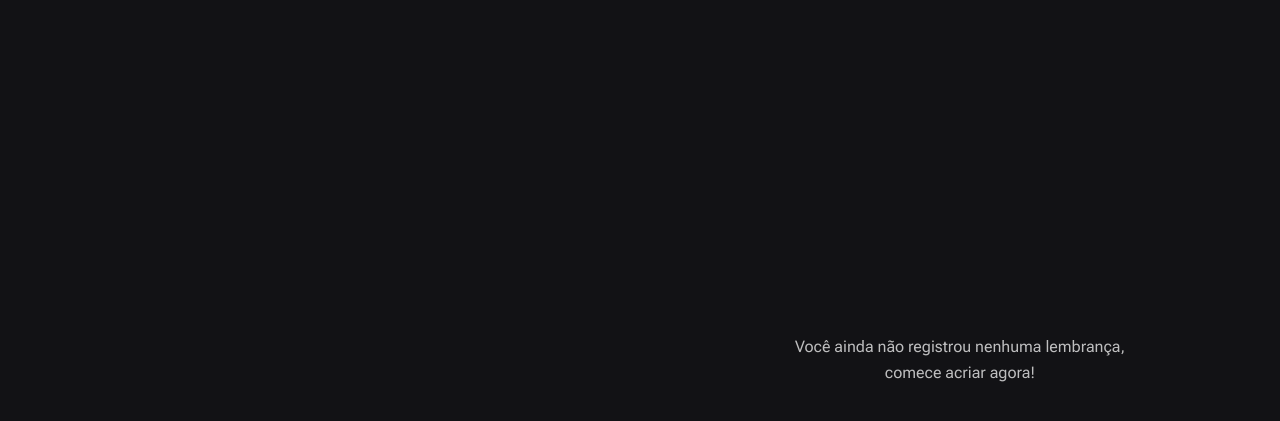
Repository: Herlander929/SpaceTime-nlw
Page: / (app in front-end/)
An editor plug-in stored every save of this project. The page is shown before and after the next save, followed by the edit.
The browser window is 1280 px wide. The pictures show the whole page.
Some web fonts or font styles are not loaded; a fallback is used. The project was rebuilt for these pictures with package versions that can differ from the ones it lists, and the page was loaded fresh each time. The framework's server and built-in components were replaced by stand-ins that run in the browser. Also part of the build but not shown: front-end/next.config.js.

Above is the page before, as saved 2023-05-18 18:12:10.

### front-end/src/app/layout.tsx
import './globals.css'
import { ReactNode } from 'react'
import { Roboto_Flex as Roboto,Bai_Jamjuree as Baijamjuree } from 'next/font/google'

const roboto = Roboto({ subsets: ['latin'], variable: '--font-roboto' })
const baijamjuree = Baijamjuree({
  subsets: ['latin'],
  weight:'700',
  variable: '--font-bai-jamjuree',
 })

export const metadata = {
  title: 'NLW Spacetime ',
  description: 'Uma cápsula do tempo construída com React, Next.js, TailwindCSS e TypeScript',
}

export default function RootLayout({ children }: { children: ReactNode }) {
  return (
    <html lang="en">
      <body className={`${roboto.variable} ${baijamjuree.variable} font-sans bg-gray-900 text-gray-100`}>{children}</body>
    </html>
  )
}

### front-end/src/app/page.tsx
export default function Home() {
  return <main className="grid grid-cols-2 min-h-screen">
    {/*Left*/ }
    <div></div>
  {/*Right*/ }
    <div className="flex flex-col p-16">
     <div className="flex flex-1 items-center justify-center">
     <p className="text-center leading-relaxed w-[360px]">
      Você ainda não registrou nenhuma lembrança, comece a{''}
        <a href="">criar agora!</a>
        </p>
     </div>
    </div>
  </main>

}

### front-end/tailwind.config.js
/** @type {import('tailwindcss').Config} */
module.exports = {
  content: [
    './src/pages/**/*.{js,ts,jsx,tsx,mdx}',
    './src/components/**/*.{js,ts,jsx,tsx,mdx}',
    './src/app/**/*.{js,ts,jsx,tsx,mdx}',
  ],
  theme: {
    extend: {
     fontFamily: {
      sans: 'var(--font-roboto)',
      alt: 'var(--font-bai-jamjuree)',
     },
     colors: {
      gray: {
  50: '#eaeaea',
  100:'#bebebf',
  200:'#9e9ea0',
  300:'#727275',
  400:'#56565a',
  500:'#2c2c31',
  600:'#28282d',
  700:'#1f1f23',
  800:'#18181b',
  900:'#121215'
      },
     purple : {
  50: '#f3eefc',
  100:'#d8cbf7',
  200:'#c6b2f3',
  300:'#ab8eee',
  400:'#9b79ea',
  500:'#8257e5',
  600:'#764fd0',
  700:'#5c3ea3',
  800:'#48307e',
  900:'#372560'
      },
     green : {
  50: '#e6fbef',
  100:'#b1f1ce',
  200:'#8cebb6',
  300:'#57e295',
  400:'#36dc81',
  500:'#04d361',
  600:'#04c058',
  700:'#039645',
  800:'#027435',
  900:'#025929'
      }
     }
    },
  },
  plugins: [],
}

Loaded but not shown: front-end/src/app/globals.css (common file)

After the next save:
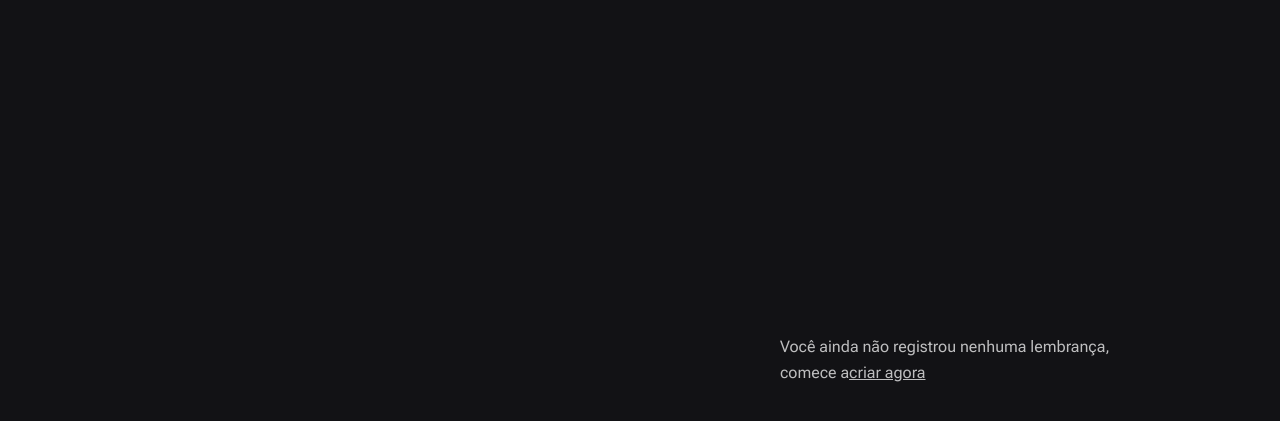
Saved 4 min 33 s later.
--- a/front-end/src/app/page.tsx
+++ b/front-end/src/app/page.tsx
@@ -5,9 +5,11 @@ export default function Home() {
   {/*Right*/ }
     <div className="flex flex-col p-16">
      <div className="flex flex-1 items-center justify-center">
-     <p className="text-center leading-relaxed w-[360px]">
+     <p className="w-text-center leading-relaxed w-[360px]">
       Você ainda não registrou nenhuma lembrança, comece a{''}
-        <a href="">criar agora!</a>
+        <a href="" className="underline hover:text-gray-50">
+          criar agora
+          </a>
         </p>
      </div>
     </div>
